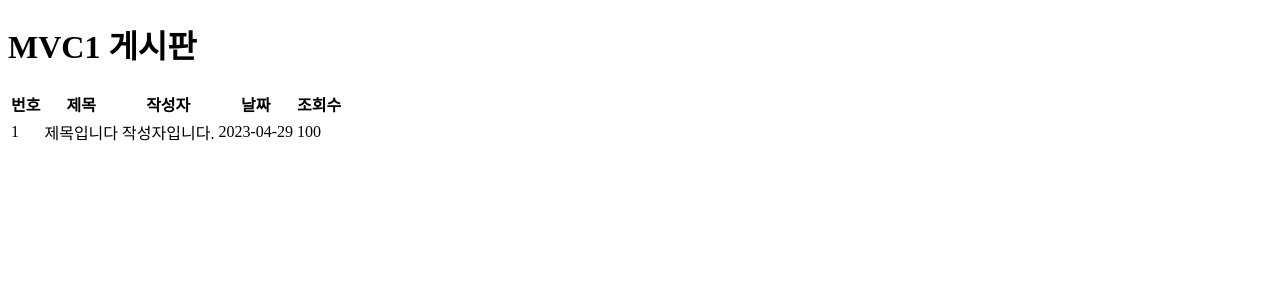
Repository: Jayking0215/myjava
Page: http://localhost/BBS/index.jsp
These files come from the project's save history. The page is drawn as it stood at one moment and after the next save; the edit follows.
The browser window is 1280 px wide. The pictures show the whole page.
The page is served by Tomcat 9.

Above is the page before, as saved 2023-04-29 08:52:38.

After the next save:
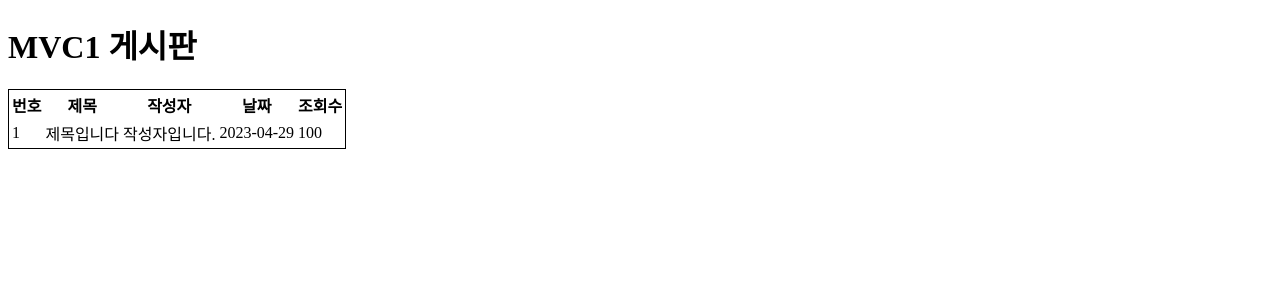
Saved 8 s later.
--- a/JSPBoard/BBS/src/main/webapp/index.jsp
+++ b/JSPBoard/BBS/src/main/webapp/index.jsp
@@ -8,7 +8,7 @@
 </head>
 <body>
 	<h1>MVC1 게시판</h1>
-	<table style="1px solid">
+	<table style="border:1px solid">
 		<thead>
 			<tr>
 				<th>번호</th>

After the save that followed:
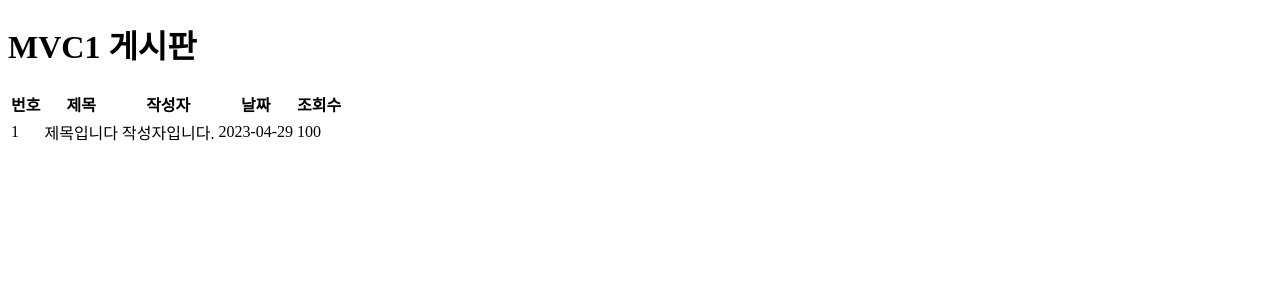
Saved 12 s later.
--- a/JSPBoard/BBS/src/main/webapp/index.jsp
+++ b/JSPBoard/BBS/src/main/webapp/index.jsp
@@ -8,7 +8,7 @@
 </head>
 <body>
 	<h1>MVC1 게시판</h1>
-	<table style="border:1px solid">
+	<table style=border:1px solid>
 		<thead>
 			<tr>
 				<th>번호</th>
